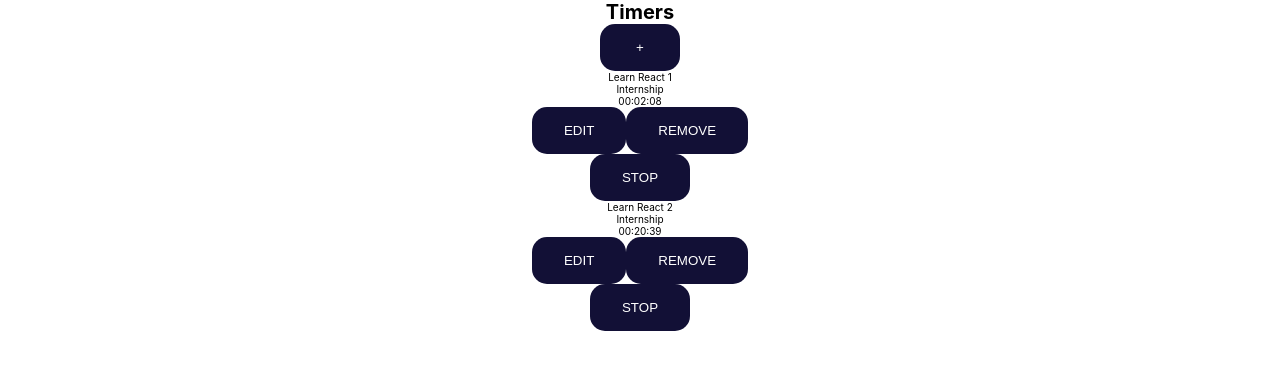
Repository: dqhuy153/react-timer
Page: /
An editor plug-in stored every save of this project. The page is shown before and after the next save, followed by the edit.
The browser window is 1280 px wide. The pictures show the whole page.
The project was rebuilt for these pictures with package versions that can differ from the ones it lists, and the page was loaded fresh each time. Also part of the build but not shown: src/components/TimerForm/index.jsx, src/components/ToggeableTimerForm/ToggleableTimerForm.module.scss.

Above is the page before, as saved 2021-10-26 15:22:44.

### src/index.css
* {
  padding: 0;
  margin: 0;
  box-sizing: border-box;
}

body {
  margin: 0;
  font-family: -apple-system, BlinkMacSystemFont, 'Segoe UI', 'Roboto', 'Oxygen',
    'Ubuntu', 'Cantarell', 'Fira Sans', 'Droid Sans', 'Helvetica Neue',
    sans-serif;
  -webkit-font-smoothing: antialiased;
  -moz-osx-font-smoothing: grayscale;

  font-size: 62.5%;
}

code {
  font-family: source-code-pro, Menlo, Monaco, Consolas, 'Courier New',
    monospace;
}

### src/App.js
import { useEffect, useRef, useState } from 'react';
import './App.css';

import EditableTimerForm from './components/EditableTimerForm';
import ToggleableTimerForm from './components/ToggeableTimerForm';

function App() {
  const timerRef = useRef();
  const [timers, setTimers] = useState([
    {
      id: 1,
      title: 'Learn React 1',
      project: 'Internship',
      time: 123454,
      isRunning: true,
    },
    {
      id: 2,
      title: 'Learn React 2',
      project: 'Internship',
      time: 1234545,
      isRunning: true,
    },
  ]);

  const handleUpdateTimer = (data) => {
    const newTimers = timers.map((timer, idx) => {
      if (timer.id === data.id) {
        return {
          ...timer,
          title: data.title,
          project: data.project,
        };
      }

      return timer;
    });

    setTimers(newTimers);
  };

  useEffect(() => {
    clearTimeout(timerRef.current);

    timerRef.current = setTimeout(() => {
      const newTimers = timers.map((timer, idx) => {
        if (timer.isRunning)
          return {
            ...timer,
            time: timer.time + 1000,
          };

        return timer;
      });

      setTimers(newTimers);
    }, 1000);
  }, [timers]);

  return (
    <div className="App">
      <h1>Timers</h1>

      <ToggleableTimerForm />

      {timers.map((timer) => {
        return (
          <EditableTimerForm
            key={timer.id}
            id={timer.id}
            title={timer.title}
            project={timer.project}
            timer={timer.time}
            isRunning={timer.isRunning}
          />
        );
      })}
    </div>
  );
}

export default App;

### src/components/EditableTimerForm/index.jsx
import React from 'react';
import Timer from '../Timer';
import TimerForm from '../TimerForm';

const EditableTimerForm = ({ id, title, project, timer, isRunning }) => {
  const isEdit = false;

  if (isEdit)
    return (
      <TimerForm
        id={id}
        title={title}
        project={project}
        timer={timer}
        // onCancel={handleCancelFomr}
      />
    );

  return (
    <Timer
      id={id}
      title={title}
      project={project}
      timer={timer}
      isRunning={isRunning}
    />
  );
};

export default EditableTimerForm;

### src/components/ToggeableTimerForm/index.jsx
import { useState } from 'react';
import Button from '../Button';
import TimerForm from '../TimerForm';

import styles from './ToggleableTimerForm.module.scss';

const ToggleableTimerForm = ({ onCreate, ...props }) => {
  const [isOpen, setIsOpen] = useState(false);

  const handleOpenForm = () => {
    setIsOpen(true);
  };

  const handleCloseForm = () => {
    setIsOpen(false);
  };

  if (!isOpen) return <Button onClick={handleOpenForm}>+</Button>;

  return <TimerForm onCancel={handleCloseForm} />;
};

export default ToggleableTimerForm;

### src/components/Timer/index.jsx
import React from 'react';
import { millisecondsToHuman } from '../../utils/TimerUtils';
import Button from '../Button';

const Timer = ({ title, project, timer, isRunning }) => {
  const buttonLabel = isRunning ? 'STOP' : 'START';

  return (
    <div>
      <p>{title}</p>
      <p>{project}</p>
      <p>{millisecondsToHuman(timer)}</p>

      <div>
        <Button>EDIT</Button>
        <Button>REMOVE</Button>
      </div>

      <Button>{buttonLabel}</Button>
    </div>
  );
};

export default Timer;

### src/components/Button/index.jsx
import React from 'react';

import styles from './Button.module.scss';

const Button = ({ children, onClick, className, ...rest }) => {
  return (
    <button
      className={`${styles.container} ${className}`}
      onClick={onClick}
      children={children}
      {...rest}
    ></button>
  );
};

export default Button;

### src/utils/TimerUtils.js
import { v4 as uuidv4 } from 'uuid';

export const millisecondsToHuman = (ms) => {
  const seconds = Math.floor((ms / 1000) % 60);
  const minutes = Math.floor((ms / 1000 / 60) % 60);
  const hours = Math.floor(ms / 1000 / 60 / 60);

  const humanized = [
    pad(hours.toString(), 2),
    pad(minutes.toString(), 2),
    pad(seconds.toString(), 2),
  ].join(':');

  return humanized;
};

const pad = (numberString, size) => {
  let padded = numberString;
  while (padded.length < size) {
    padded = `0${padded}`;
  }
  return padded;
};

export const newTimer = (attrs = {}) => {
  const timer = {
    title: attrs.title || 'Timer',
    project: attrs.project || 'Project',
    id: uuidv4(),
    elapsed: 0,
    isRunning: false,
  };

  return timer;
};

### src/components/Button/Button.module.scss
.container {
  padding: 1rem 2rem;
  min-width: 5rem;
  background: rgb(18, 16, 54);
  border: none;
  color: #fff;
  border-radius: 15px;
}

Loaded but not shown: public/index.html (common file); src/index.js (common file); src/reportWebVitals.js (common file); src/App.css (common file)

After the next save:
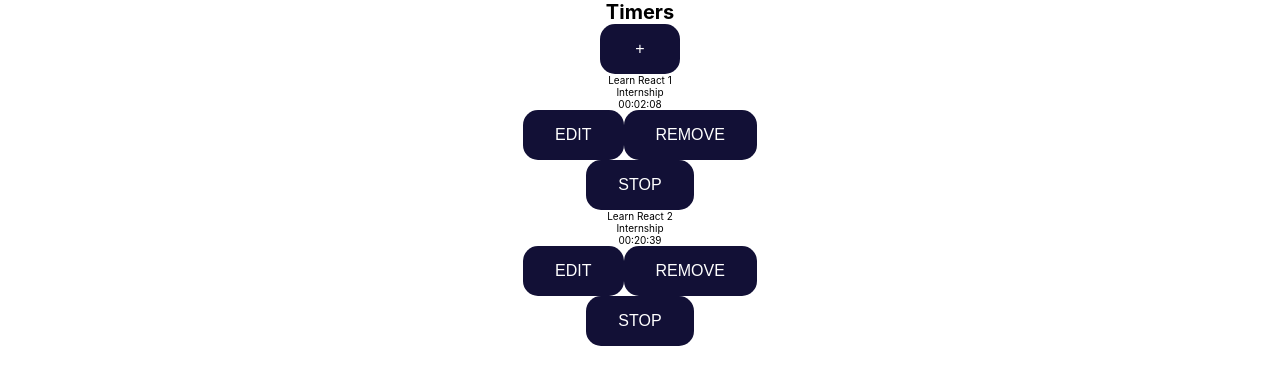
Saved 15 s later.
--- a/src/components/Button/Button.module.scss
+++ b/src/components/Button/Button.module.scss
@@ -5,4 +5,5 @@
   border: none;
   color: #fff;
   border-radius: 15px;
+  font-size: 1rem;
 }
